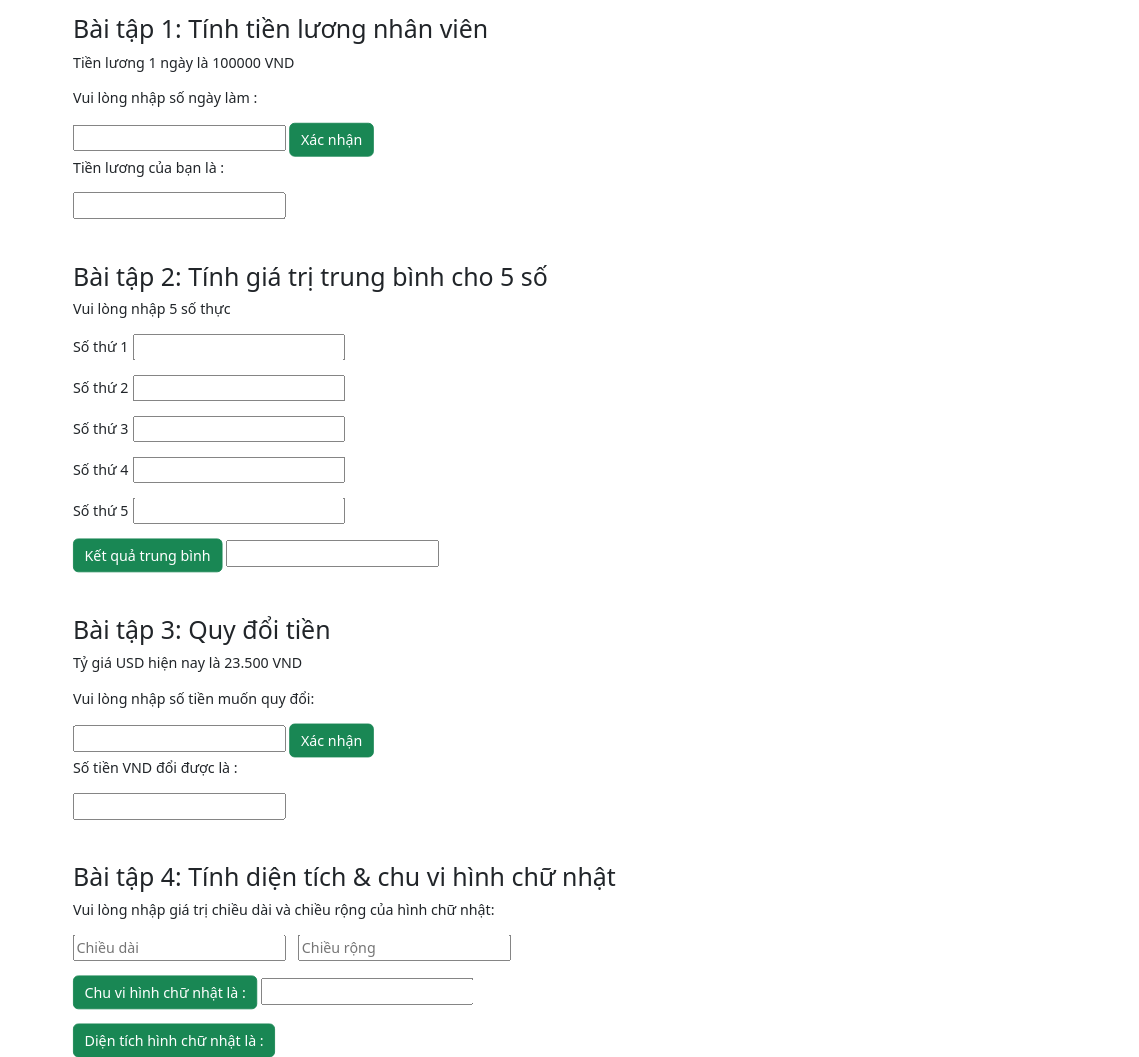
Repository: hcozyph/TranHuuPhuoc_BC43_BT_JS_Buoi2
Page: index.html
An editor plug-in stored every save of this project. The page is shown before and after the next save, followed by the edit.
The browser window is 1280 px wide. The pictures show the whole page, at 89% of full size.

Above is the page before, as saved 2023-01-21 22:57:51.

### index.html
<!DOCTYPE html>
<html lang="en">
    <head>
        <title>BT JS - Buoi 1</title>
        <!-- Required meta tags -->
        <meta charset="utf-8" />
        <meta
            name="viewport"
            content="width=device-width, initial-scale=1, shrink-to-fit=no"
        />

        <!-- Bootstrap CSS v5.2.1 -->
        <link
            href="https://cdn.jsdelivr.net/npm/bootstrap@5.2.1/dist/css/bootstrap.min.css"
            rel="stylesheet"
            integrity="sha384-iYQeCzEYFbKjA/T2uDLTpkwGzCiq6soy8tYaI1GyVh/UjpbCx/TYkiZhlZB6+fzT"
            crossorigin="anonymous"
        />

        <!-- FontAwesome 6.2.0 CSS -->
        <link
            rel="stylesheet"
            href="https://cdnjs.cloudflare.com/ajax/libs/font-awesome/6.2.0/css/all.min.css"
            integrity="sha512-xh6O/CkQoPOWDdYTDqeRdPCVd1SpvCA9XXcUnZS2FmJNp1coAFzvtCN9BmamE+4aHK8yyUHUSCcJHgXloTyT2A=="
            crossorigin="anonymous"
            referrerpolicy="no-referrer"
        />

        <!-- index.css -->
        <link rel="stylesheet" href="./style/index.css" />
    </head>

    <body>
        <!-- BT1 -->
        <div class="container">
            <div class="BT1">
                <h1 class="fs-3 mt-3">Bài tập 1: Tính tiền lương nhân viên</h1>
                <p>Tiền lương 1 ngày là 100000 VND</p>
                <p>Vui lòng nhập số ngày làm :</p>
                <input type="number" id="soNgayLam" />
                <button
                    class="btn btn-success"
                    id="btnXacNhan"
                    onclick="inputSoNgayLam()"
                >
                    Xác nhận
                </button>
                <p>Tiền lương của bạn là :</p>
                <input type="text" id="result" />
            </div>

            <!-- BT2 -->
            <div class="BT2">
                <h1 class="fs-3 mt-5">
                    Bài tập 2: Tính giá trị trung bình cho 5 số
                </h1>
                <p>Vui lòng nhập 5 số thực</p>

                <p>Số thứ 1 <input type="number" id="n1" /></p>
                <p>Số thứ 2 <input type="number" id="n2" /></p>
                <p>Số thứ 3 <input type="number" id="n3" /></p>
                <p>Số thứ 4 <input type="number" id="n4" /></p>
                <p>Số thứ 5 <input type="number" id="n5" /></p>

                <button
                    class="btn btn-success"
                    id="btnAverage"
                    onclick="average()"
                >
                    Kết quả trung bình
                </button>
                <input type="text" id="average" />
            </div>

            <!-- BT3 -->
            <div class="BT3">
                <h1 class="fs-3 mt-5">Bài tập 3: Quy đổi tiền</h1>
                <p>Tỷ giá USD hiện nay là 23.500 VND</p>
                <p>Vui lòng nhập số tiền muốn quy đổi:</p>

                <input type="number" id="inputUsd" />
                <button
                    class="btn btn-success"
                    id="btnTradeMoney"
                    onclick="tradeMoney ()"
                >
                    Xác nhận
                </button>

                <p>Số tiền VND đổi được là :</p>
                <input type="text" id="tradeMoney" />
            </div>

            <!-- BT4 -->
            <div class="BT4">
                <h1 class="fs-3 mt-5">
                    Bài tập 4: Tính diện tích & chu vi hình chữ nhật
                </h1>
                <p>
                    Vui lòng nhập giá trị chiều dài và chiều rộng của hình chữ
                    nhật:
                </p>

                <input type="number" id="length" placeholder="Chiều dài" />
                <input
                    style="margin-left: 10px"
                    type="number"
                    id="width"
                    placeholder="Chiều rộng"
                />

                <div class="chuVi mt-3">
                    <button class="btn btn-success">
                        Chu vi hình chữ nhật là :
                    </button>
                    <input type="number" id="chuVi" />
                </div>

                <div class="dienTich mt-3">
                    <button class="btn btn-success">
                        Diện tích hình chữ nhật là :
                    </button>
                </div>
            </div>
        </div>

        <!-- Bootstrap JavaScript Libraries -->
        <script
            src="https://cdn.jsdelivr.net/npm/@popperjs/core@2.11.6/dist/umd/popper.min.js"
            integrity="sha384-oBqDVmMz9ATKxIep9tiCxS/Z9fNfEXiDAYTujMAeBAsjFuCZSmKbSSUnQlmh/jp3"
            crossorigin="anonymous"
        ></script>

        <script
            src="https://cdn.jsdelivr.net/npm/bootstrap@5.2.1/dist/js/bootstrap.min.js"
            integrity="sha384-7VPbUDkoPSGFnVtYi0QogXtr74QeVeeIs99Qfg5YCF+TidwNdjvaKZX19NZ/e6oz"
            crossorigin="anonymous"
        ></script>

        <!-- index.js -->
        <script src="./index.js"></script>
    </body>
</html>

### index.js
//BT1: Tính tiền lương nhân viên
function inputSoNgayLam () {
    //input
    var soNgayLam = document.getElementById('soNgayLam').value;
    var luongMotNgay = 100000;
    //output
    var result = 0;

    var result = parseInt(soNgayLam) * parseInt(luongMotNgay);

    document.getElementById('result').value = result.toLocaleString() + ' VND';
}

//BT2: Tính trung bình cộng 5 số
function average () {
    //input
    var n1 = document.getElementById('n1').value;
    var n2 = document.getElementById('n2').value;
    var n3 = document.getElementById('n3').value;
    var n4 = document.getElementById('n4').value;
    var n5 = document.getElementById('n5').value;
    //output
    var average = 0;
    var soLuongInput = 5;

    var sum = parseFloat(n1) + parseFloat(n2) + parseFloat(n3) + parseFloat(n4) + parseFloat(n5);

    var average =  sum / parseFloat(soLuongInput) ;

    document.getElementById('average').value = average;
}

//BT3: Quy đổi tiền
function tradeMoney () {
    //input
    var inputUsd = document.getElementById('inputUsd').value;
    var tyGia = 23500;

    //output
    var tradeMoney = 0;

    var tradeMoney = parseInt(inputUsd) * parseInt(tyGia);
    document.getElementById('tradeMoney').value = tradeMoney.toLocaleString() + ' VND';


}










/*
Link vercel:
https://tran-huu-phuoc-bc-43-bt-js-buoi1.vercel.app/
*/

Loaded but not shown: style/index.css (no stored copy; drawn as an empty file)

After the next save:
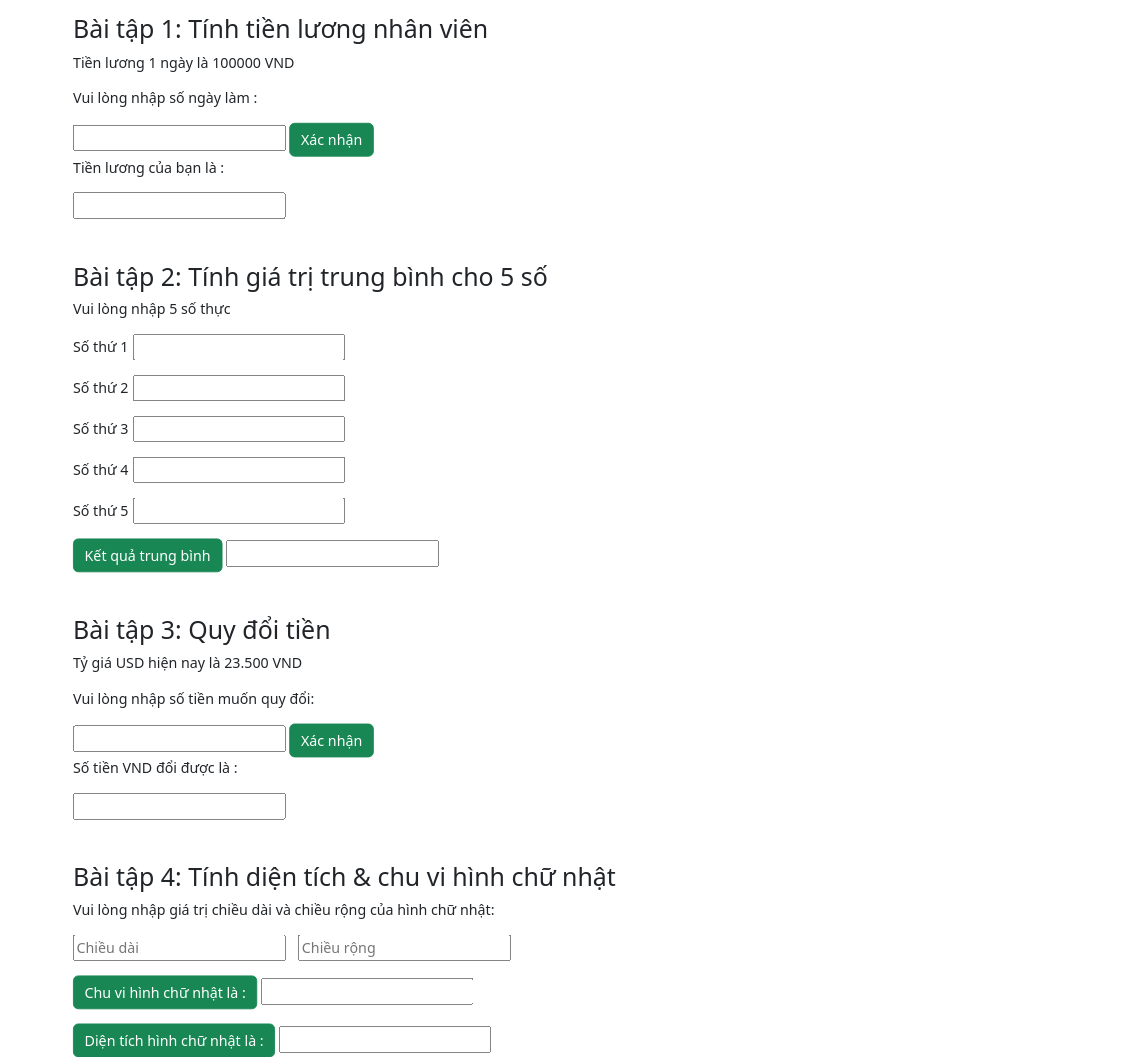
Saved 49 s later.
--- a/index.html
+++ b/index.html
@@ -120,6 +120,7 @@
                     <button class="btn btn-success">
                         Diện tích hình chữ nhật là :
                     </button>
+                    <input type="number" id="dienTich" />
                 </div>
             </div>
         </div>
